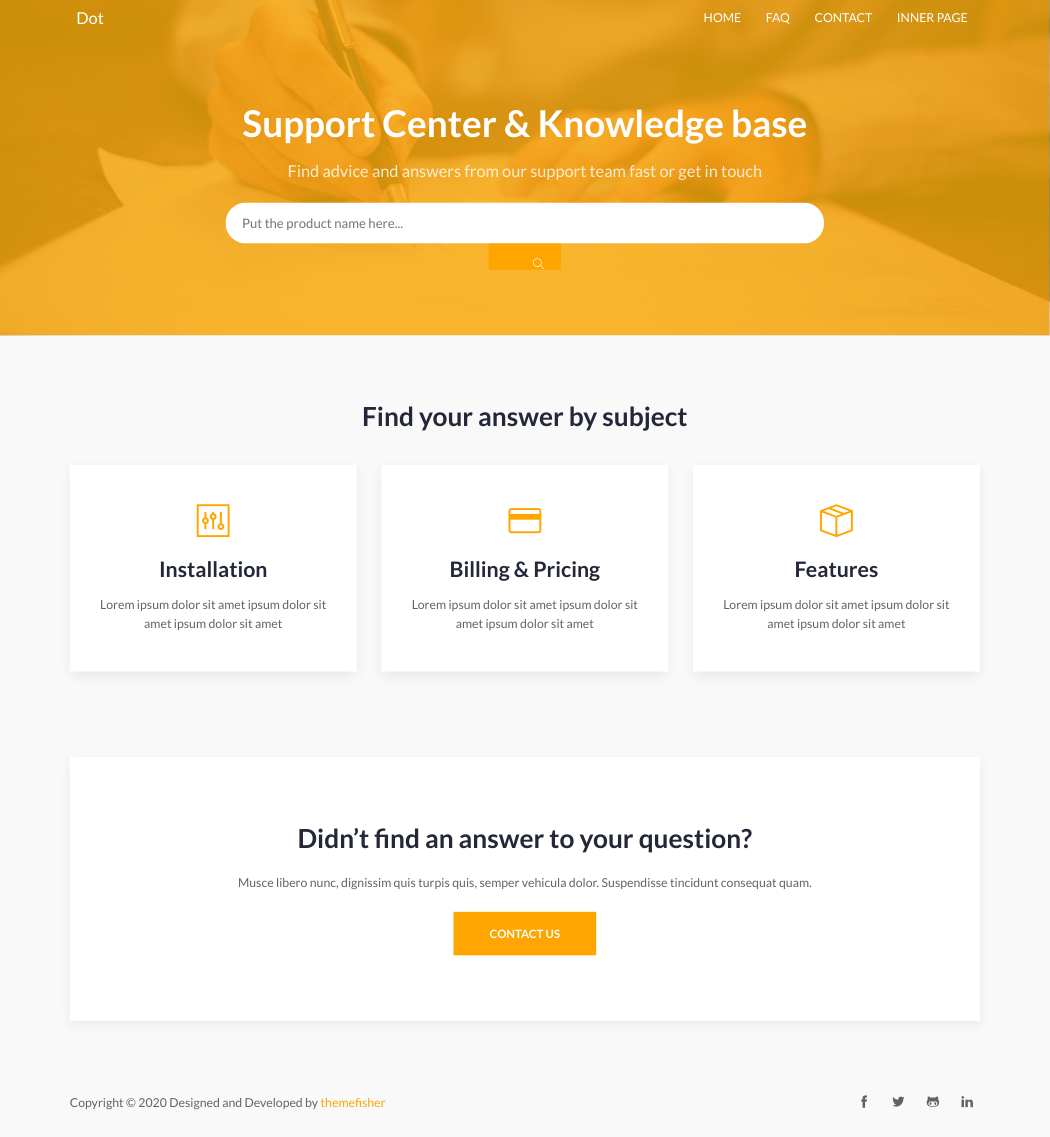
Repository: AlexThyCoolest/ReviewReader
Page: http://localhost/
These files come from the project's save history. The page is drawn as it stood at one moment and after the next save; the edit follows.
The browser window is 1280 px wide. The pictures show the whole page, at 82% of full size.
The page is served by the project's application, run on Flask 3 (main.py).

Above is the page before, as saved 2024-07-23 10:44:34.

### OYT/templates/index.html
<!DOCTYPE html>
<html lang="en-us">

<head>
    <meta charset="utf-8">
    <title>Dot</title>
    <meta name="viewport" content="width=device-width, initial-scale=1, maximum-scale=1">

    <!-- theme meta -->
    <meta name="theme-name" content="dot" />

    <!-- ** CSS Plugins Needed for the Project ** -->

    <!-- Bootstrap -->
    <link rel="stylesheet" href="static/plugins/bootstrap/bootstrap.min.css">
    <!-- themefy-icon -->
    <link rel="stylesheet" href="static/plugins/themify-icons/themify-icons.css">
    <!--Favicon-->
    <link rel="icon" href="images/favicon.png" type="image/x-icon">
    <!-- fonts -->
    <link href="https://fonts.googleapis.com/css?family=Lato:300,400,700&display=swap" rel="stylesheet">
    <!-- Main Stylesheet -->
    <link href="static/assets/style.css" rel="stylesheet" media="screen" />
    <style>
        :root {
            --primary-color: #FFA500;
            /* Yellow-Orange */
        }

        .btn-primary,
        .bg-primary {
            background-color: var(--primary-color) !important;
            border-color: var(--primary-color) !important;
        }

        .text-primary {
            color: var(--primary-color) !important;
        }
    </style>
</head>
</head>

<body>
    <!-- header -->
    <header class="banner overlay bg-cover" data-background="images/banner.jpg">
        <nav class="navbar navbar-expand-md navbar-dark">
            <div class="container">
                <a class="navbar-brand px-2" href="index.html">Dot</a>
                <button class="navbar-toggler border-0" type="button" data-toggle="collapse" data-target="#navigation"
                    aria-controls="navigation" aria-expanded="false" aria-label="Toggle navigation">
                    <span class="navbar-toggler-icon"></span>
                </button>

                <div class="collapse navbar-collapse text-center" id="navigation">
                    <ul class="navbar-nav ml-auto">
                        <li class="nav-item">
                            <a class="nav-link text-dark" href="index.html">Home</a>
                        </li>
                        <li class="nav-item">
                            <a class="nav-link text-dark" href="faq.html">Faq</a>
                        </li>
                        <li class="nav-item">
                            <a class="nav-link text-dark" href="contact.html">contact</a>
                        </li>
                        <li class="nav-item">
                            <a class="nav-link text-dark" href="single.html">Inner Page</a>
                        </li>
                    </ul>
                </div>
            </div>
        </nav>
        <!-- banner -->
        <div class="container section">
            <div class="row">
                <div class="col-lg-8 text-center mx-auto">
                    <h1 class="text-white mb-3">Support Center &amp; Knowledge base</h1>
                    <p class="text-white mb-4">Find advice and answers from our support team fast or get in touch</p>
                    <div class="position-relative">
                        <form action="/loading" method="post">
                            <input id="product_name" name="product_name" type="text" class="form-control"
                                placeholder="Put the product name here...">
                            <button type="submit" class="btn btn-primary"><i class="ti-search search-icon"></i></button>
                        </form>
                    </div>
                </div>
            </div>
        </div>
        <!-- /banner -->
    </header>
    <!-- /header -->

    <!-- topics -->
    <section class="section">
        <div class="container">
            <div class="row justify-content-center">
                <div class="col-12 text-center">
                    <h2 class="section-title">Find your answer by subject</h2>
                </div>
                <!-- topic-item -->
                <div class="col-lg-4 col-sm-6 mb-4">
                    <a href="single.html" class="px-4 py-5 bg-white shadow text-center d-block match-height">
                        <i class="ti-panel icon text-primary d-block mb-4"></i>
                        <h3 class="mb-3 mt-0">Installation</h3>
                        <p class="mb-0">Lorem ipsum dolor sit amet ipsum dolor sit amet ipsum dolor sit amet</p>
                    </a>
                </div>
                <div class="col-lg-4 col-sm-6 mb-4">
                    <a href="single.html" class="px-4 py-5 bg-white shadow text-center d-block match-height">
                        <i class="ti-credit-card icon text-primary d-block mb-4"></i>
                        <h3 class="mb-3 mt-0">Billing &amp; Pricing</h3>
                        <p class="mb-0">Lorem ipsum dolor sit amet ipsum dolor sit amet ipsum dolor sit amet</p>
                    </a>
                </div>
                <div class="col-lg-4 col-sm-6 mb-4">
                    <a href="single.html" class="px-4 py-5 bg-white shadow text-center d-block match-height">
                        <i class="ti-package icon text-primary d-block mb-4"></i>
                        <h3 class="mb-3 mt-0">Features</h3>
                        <p class="mb-0">Lorem ipsum dolor sit amet ipsum dolor sit amet ipsum dolor sit amet</p>
                    </a>
                </div>
            </div>
        </div>
    </section>
    <!-- /topics -->

    <!-- call to action -->
    <section>
        <div class="container">
            <div class="row">
                <div class="col-12">
                    <div class="section px-3 bg-white shadow text-center">
                        <h2 class="mb-4">Didn&rsquo;t find an answer to your question?</h2>
                        <p class="mb-4">Musce libero nunc, dignissim quis turpis quis, semper vehicula dolor.
                            Suspendisse tincidunt
                            consequat quam.</p>
                        <a href="contact.html" class="btn btn-primary">contact us</a>
                    </div>
                </div>
            </div>
        </div>
    </section>
    <!-- /call to action -->

    <!-- footer -->
    <footer class="section pb-4">
        <div class="container">
            <div class="row align-items-center">
                <div class="col-md-8 text-md-left text-center">
                    <p class="mb-md-0 mb-4">Copyright © 2020 Designed and Developed by <a
                            href="https://themefisher.com/">themefisher</a></p>
                </div>
                <div class="col-md-4 text-md-right text-center">
                    <ul class="list-inline">
                        <li class="list-inline-item"><a class="text-color d-inline-block p-2" href="#"><i
                                    class="ti-facebook"></i></a></li>
                        <li class="list-inline-item"><a class="text-color d-inline-block p-2" href="#"><i
                                    class="ti-twitter-alt"></i></a></li>
                        <li class="list-inline-item"><a class="text-color d-inline-block p-2" href="#"><i
                                    class="ti-github"></i></a>
                        </li>
                        <li class="list-inline-item"><a class="text-color d-inline-block p-2" href="#"><i
                                    class="ti-linkedin"></i></a></li>
                    </ul>
                </div>
            </div>
        </div>
    </footer>
    <!-- /footer -->

    <!-- ** JS Plugins Needed for the Project ** -->
    <!-- jquiry -->
    <script src="static/plugins/jquery/jquery-1.12.4.js"></script>
    <!-- Bootstrap JS -->
    <script src="static/plugins/bootstrap/bootstrap.min.js"></script>
    <!-- match-height JS -->
    <script src="static/plugins/match-height/jquery.matchHeight-min.js"></script>
    <!-- Main Script -->
    <script src="assets/script.js"></script>
</body>

</html>

### OYT/static/assets/style.css
:root {
  --primary-color: #02007e;
  --body-color: #f9f9f9;
  --text-color: #636363;
  --text-color-dark: #242738;
  --white-color: #ffffff;
  --light-color: #f8f9fa;
  --font-family: Lato;
}

body {
  line-height: 1.5;
  font-family: var(--font-family), sans-serif;
  -webkit-font-smoothing: antialiased;
  font-size: 17px;
  color: var(--text-color);
  background-color: var(--body-color)
}

p {
  color: var(--text-color);
  font-size: 15px
}

h1,
h2,
h3,
h4,
h5,
h6 {
  color: var(--text-color-dark);
  font-family: var(--font-family), sans-serif;
  font-weight: 700;
  line-height: 1.2
}

h1,
.h1 {
  font-size: 45px
}

h2,
.h2 {
  font-size: 32px
}

h3,
.h3 {
  font-size: 26px
}

h4,
.h4 {
  font-size: 20px
}

h5,
.h5 {
  font-size: 18px
}

h6,
.h6 {
  font-size: 14px
}

.btn {
  font-size: 14px;
  font-family: var(--font-family), sans-serif;
  text-transform: uppercase;
  padding: 16px 44px;
  border-radius: 0;
  font-weight: 600;
  border: 0;
  position: relative;
  z-index: 1;
  transition: .2s ease
}

.btn:focus {
  outline: 0;
  box-shadow: none !important
}

.btn:active {
  box-shadow: none
}

.btn-primary {
  background: var(--primary-color);
  color: var(--white-color)
}

.btn-primary:active {
  background: var(--primary-color)
}

.btn-primary:hover {
  background: var(--primary-color)
}

.btn-primary:not(:disabled):not(.disabled).active,
.btn-primary:not(:disabled):not(.disabled):active,
.show>.btn-primary.dropdown-toggle {
  color: var(--white-color);
  background-color: var(--primary-color);
  border-color: var(--primary-color)
}

.inline-button {
  line-height: .8rem !important;
  padding: 5px 8px !important;
  pointer-events: none;
  margin-top: -5px
}

.overflow-hidden {
  overflow: hidden !important
}

::-moz-selection {
  background: var(--primary-color);
  color: var(--white-color)
}

::selection {
  background: var(--primary-color);
  color: var(--white-color)
}

.preloader {
  position: fixed;
  top: 0;
  left: 0;
  right: 0;
  bottom: 0;
  background-color: var(--white-color);
  z-index: 999;
  display: flex;
  align-items: center;
  justify-content: center
}

ul {
  list-style-type: none;
  margin: 0;
  padding-left: 0;
  font-size: 15px
}

ol {
  padding-left: 20px;
  font-size: 15px
}

img {
  vertical-align: middle;
  border: 0
}

a,
a:hover,
a:focus {
  text-decoration: none;
  color: var(--primary-color)
}

a:hover,
a:focus {
  color: var(--primary-color)
}

a,
button,
select {
  cursor: pointer;
  transition: .2s ease
}

a:focus,
button:focus,
select:focus {
  outline: 0
}

.slick-slide {
  outline: 0
}

.section {
  padding-top: 80px;
  padding-bottom: 80px
}

@media(max-width:768px) {
  .section {
    padding-top: 60px
  }
}

.section-sm {
  padding-top: 60px;
  padding-bottom: 60px
}

@media(max-width:768px) {
  .section-sm {
    padding-top: 40px
  }
}

.section-title {
  margin-bottom: 40px
}

.bg-cover {
  background-size: cover;
  background-position: 50%;
  background-repeat: no-repeat
}

.border-primary {
  border-color: #f2f2f2 !important
}

pre {
  padding: 20px
}

.overlay {
  position: relative
}

.overlay::before {
  position: absolute;
  content: '';
  height: 100%;
  width: 100%;
  top: 0;
  left: 0;
  background: var(--primary-color);
  opacity: .8
}

.outline-0 {
  outline: 0 !important
}

.d-unset {
  display: unset !important
}

.bg-primary {
  background: var(--primary-color) !important
}

.bg-white {
  background-color: var(--white-color) !important
}

.bg-light {
  background-color: var(--light-color) !important
}

.text-primary {
  color: var(--primary-color) !important
}

.text-color {
  color: var(--text-color) !important
}

.text-dark {
  color: var(--text-color-dark) !important
}

.text-white {
  color: var(--white-color) !important
}

.top-50 {
  top: 50px
}

.navbar {
  padding: 0
}

@media(max-width:768px) {
  .navbar {
    padding: 10px 0
  }
}

.navbar-brand img {
  max-width: 100px;
  margin-bottom: 0
}

.navbar .nav-item .nav-link {
  text-transform: uppercase;
  padding: 10px 15px !important;
  font-size: 15px
}

.navbar .dropdown:hover .dropdown-menu {
  visibility: visible;
  opacity: 1;
  -webkit-transform: scaleX(1);
  transform: scaleX(1)
}

.navbar .dropdown-menu {
  box-shadow: 0 3px 9px 0 rgba(0, 0, 0, .12);
  padding: 15px 0;
  border: 0;
  top: 40px;
  left: -35px;
  border-radius: 0;
  display: block;
  visibility: hidden;
  transition: .3s ease;
  opacity: 0;
  -webkit-transform: translateY(20px);
  transform: translateY(20px);
  background: var(--white-color)
}

@media(max-width:768px) {
  .navbar .dropdown-menu {
    display: none;
    opacity: 1;
    visibility: visible;
    -webkit-transform: translateY(0);
    transform: translateY(0);
    -webkit-transform-origin: unset;
    transform-origin: unset
  }
}

.navbar .dropdown-menu.view {
  visibility: visible !important;
  opacity: 1;
  -webkit-transform: translateY(0);
  transform: translateY(0);
  -webkit-transform-origin: top;
  transform-origin: top
}

@media(max-width:768px) {
  .navbar .dropdown-menu.view {
    display: block
  }
}

.navbar .dropdown-menu.show {
  visibility: hidden
}

@media(max-width:768px) {
  .navbar .dropdown-menu.show {
    visibility: visible;
    display: block
  }
}

.navbar .dropdown-item {
  position: relative;
  color: var(--text-color-dark);
  transition: .2s ease;
  font-family: var(--font-family), sans-serif
}

@media(max-width:768px) {
  .navbar .dropdown-item {
    text-align: center
  }
}

.navbar .dropdown-item:hover {
  color: var(--primary-color);
  background: 0 0
}

.lang-list {
  background: var(--primary-color);
  color: var(--white-color)
}

.lang-list.dark {
  color: var(--text-color-dark);
  background: var(--white-color)
}

.banner {
  overflow: hidden
}

.banner p {
  font-size: 20px;
  opacity: .8
}

.banner .nav-link.text-dark {
  color: var(--white-color) !important
}

.banner .nav-link.text-dark:hover {
  color: var(--white-color) !important
}

.banner .navbar-brand {
  color: var(--white-color) !important
}

#project-icon {
  float: left;
  height: 32px;
  width: 32px
}

#project-description {
  margin: 0;
  padding: 0
}

.ui-helper-hidden-accessible {
  display: none
}

.ui-menu {
  background: var(--white-color);
  padding: 5px 20px 20px;
  right: 0 !important;
  max-height: 200px;
  overflow: hidden;
  border-radius: 0 0 25px 25px;
  z-index: 9999;
  box-shadow: 0 13px 20px 0 rgba(0, 0, 0, .07)
}

@media(max-width:575px) {
  .ui-menu {
    width: calc(100% - 30px) !important
  }
}

@media(min-width:576px) {
  .ui-menu {
    max-width: 510px !important
  }
}

@media(min-width:768px) {
  .ui-menu {
    max-width: 690px !important
  }
}

@media(min-width:992px) {
  .ui-menu {
    max-width: 610px !important
  }
}

@media(min-width:1200px) {
  .ui-menu {
    max-width: 730px !important
  }
}

.ui-menu-item a {
  color: var(--text-color);
  padding: 8px 0;
  font-size: 15px
}

.ui-menu-item a:hover {
  color: var(--primary-color)
}

.ui-menu-item:not(:last-child) {
  border-bottom: 1px solid #e8e8e8
}

.ui-menu-item * {
  display: none
}

.ui-menu-item .ui-corner-all {
  display: block
}

.form-control {
  height: 50px;
  border-radius: 25px;
  border: 0;
  padding: 0 20px
}

.form-control:focus {
  border: 0;
  box-shadow: none !important
}

textarea.form-control {
  height: 150px;
  padding: 20px
}

.icon {
  font-size: 40px
}

.shadow {
  box-shadow: 0 5px 15px rgba(0, 0, 0, .07) !important;
  transition: .3s ease
}

.shadow-bottom {
  box-shadow: 0 1px 0 rgba(12, 13, 14, .1), 0 1px 6px rgba(59, 64, 69, .1)
}

.shadow:hover,
.shadow:focus {
  box-shadow: 0 14px 25px rgba(0, 0, 0, .1) !important
}

.content * {
  margin-bottom: 20px
}

.content img {
  max-width: 100%;
  height: auto;
  margin: 0 auto 15px;
  display: block;
  text-align: center
}

.content ul {
  padding-left: 0;
  margin-bottom: 20px
}

.content ul li {
  padding-left: 20px;
  position: relative
}

.content ul li::before {
  position: absolute;
  content: '';
  height: 8px;
  width: 8px;
  border-radius: 50%;
  background: var(--primary-color);
  opacity: .3;
  left: 0;
  top: 8px
}

.list-styled li {
  padding-left: 20px;
  position: relative
}

.list-styled li::before {
  position: absolute;
  content: '';
  height: 8px;
  width: 8px;
  border-radius: 50%;
  background: var(--primary-color);
  opacity: .3;
  left: 0;
  top: 17px
}

.post-meta {
  color: var(--text-color);
  font-style: italic;
  font-size: 14px
}

blockquote {
  font-size: 20px !important;
  color: var(--text-color-dark);
  padding: 20px 40px;
  border-left: 2px solid var(--primary-color);
  margin: 40px 0;
  font-weight: 700;
  background: var(--light-color)
}

blockquote p {
  margin-bottom: 0 !important
}

.pagination {
  justify-content: space-between
}

.pagination a {
  color: var(--primary-color)
}

.pagination i {
  font-size: 15px;
  line-height: 1.8
}

#accordion i {
  font-size: 14px;
  line-height: 2
}

table {
  text-align: left;
  width: 100%;
  max-width: 100%;
  margin-bottom: 1rem;
  border: 1px solid #dee2e6
}

table td,
table th {
  padding: .75rem;
  vertical-align: top;
  border: 1px solid #dee2e6;
  margin-bottom: 0
}

thead {
  background: #ececec;
  margin-bottom: 0
}

tbody {
  background: #f8f8f8;
  margin-bottom: 0
}

.notices {
  margin: 2rem 0;
  position: relative
}

.notices p {
  padding: 10px
}

.notices p::before {
  position: absolute;
  top: 2px;
  color: #fff;
  font-family: themify;
  font-weight: 900;
  content: "\e717";
  left: 10px
}

.notices.note p {
  border-top: 30px solid #6ab0de;
  background: #e7f2fa
}

.notices.note p::after {
  content: 'Note';
  position: absolute;
  top: 2px;
  color: #fff;
  left: 2rem
}

.notices.tip p {
  border-top: 30px solid #78c578;
  background: #e6f9e6
}

.notices.tip p::after {
  content: 'Tip';
  position: absolute;
  top: 2px;
  color: #fff;
  left: 2rem
}

.notices.info p {
  border-top: 30px solid #f0b37e;
  background: #fff2db
}

.notices.info p::after {
  content: 'Info';
  position: absolute;
  top: 2px;
  color: #fff;
  left: 2rem
}

.notices.warning p {
  border-top: 30px solid #e06f6c;
  background: #fae2e2
}

.notices.warning p::after {
  content: 'Warning';
  position: absolute;
  top: 2px;
  color: #fff;
  left: 2rem
}

.sidebar {
  background-color: var(--white-color);
  position: sticky;
  top: 50px;
  margin-bottom: 30px;
  padding: 40px 10px 20px
}

.sidelist {
  display: block
}

li.sidelist>a {
  margin-left: 20px;
  margin-bottom: 10px;
  display: block;
  font-size: 20px
}

li.sidelist li a {
  margin: 0
}

.sidelist li.sidelist {
  display: block
}

.sidelist li.sidelist.active a {
  color: var(--primary-color)
}

.sidelist li.sidelist.active::before {
  opacity: 1
}

.page-list li a {
  display: none
}

.page-list li ul a {
  display: block
}

.sidelist li a {
  color: var(--text-color-dark);
  display: block;
  font-size: 15px;
  font-weight: 500;
  padding: 10px 0;
  line-height: 1.4
}

p:empty,
p a:empty {
  display: none !important
}

pre {
  display: block;
  padding: 9.5px;
  margin: 10px 0
}

code {
  margin-bottom: 0 !important;
  font-size: 100%
}

.back-btn {
  position: relative
}

.back-btn::before {
  position: absolute;
  font-family: themify;
  content: "\e6bc";
  font-size: 25px;
  height: 30px;
  width: 40px;
  background-color: var(--white-color);
  color: inherit;
  text-align: right;
  z-index: 1;
  left: -5px;
  top: -5px
}

.ui-autocomplete-input {
  border-bottom: 1px solid #d4d4d4 !important
}

.ui-autocomplete-input.active {
  border-bottom-left-radius: 0;
  border-bottom-right-radius: 0
}

.search-icon {
  position: absolute;
  right: 20px;
  top: 18px;
  font-size: 14px
}

i {
  transition: .2s ease
}

a:hover i {
  color: var(--primary-color)
}

pre code::-webkit-scrollbar {
  height: 5px
}

pre code::-webkit-scrollbar-track {
  background: #000
}

pre code::-webkit-scrollbar-thumb {
  background: #888
}

.code-tabs {
  border: 1px solid #dee2e6;
  overflow: hidden;
  margin: 20px 0
}

.code-tabs .tab-content {
  padding: 20px 15px;
  margin-bottom: 0
}

.code-tabs .tab-content .tab-pane {
  margin-bottom: 0
}

.code-tabs .nav-tabs {
  margin-bottom: 0
}

.code-tabs .nav-tabs .nav-item {
  padding-left: 0;
  border-right: 1px solid #dee2e6
}

.code-tabs .nav-tabs .nav-item .nav-link {
  text-decoration: none;
  font-weight: 500;
  border: 0;
  margin-bottom: 0
}

.code-tabs .nav-tabs .nav-item::before {
  display: none
}

.code-tabs .nav-tabs .nav-item.active {
  background: var(--primary-color)
}

.code-tabs .nav-tabs .nav-item.active .nav-link {
  color: var(--white-color)
}

Loaded but not shown: OYT/static/plugins/bootstrap/bootstrap.min.css (library); OYT/static/plugins/themify-icons/themify-icons.css (library); OYT/static/plugins/jquery/jquery-1.12.4.js (library); OYT/static/plugins/bootstrap/bootstrap.min.js (library); OYT/static/plugins/match-height/jquery.matchHeight-min.js (library); OYT/static/assets/script.js (26 lines, source omitted); OYT/main.py (279 lines, source omitted)

After the next save:
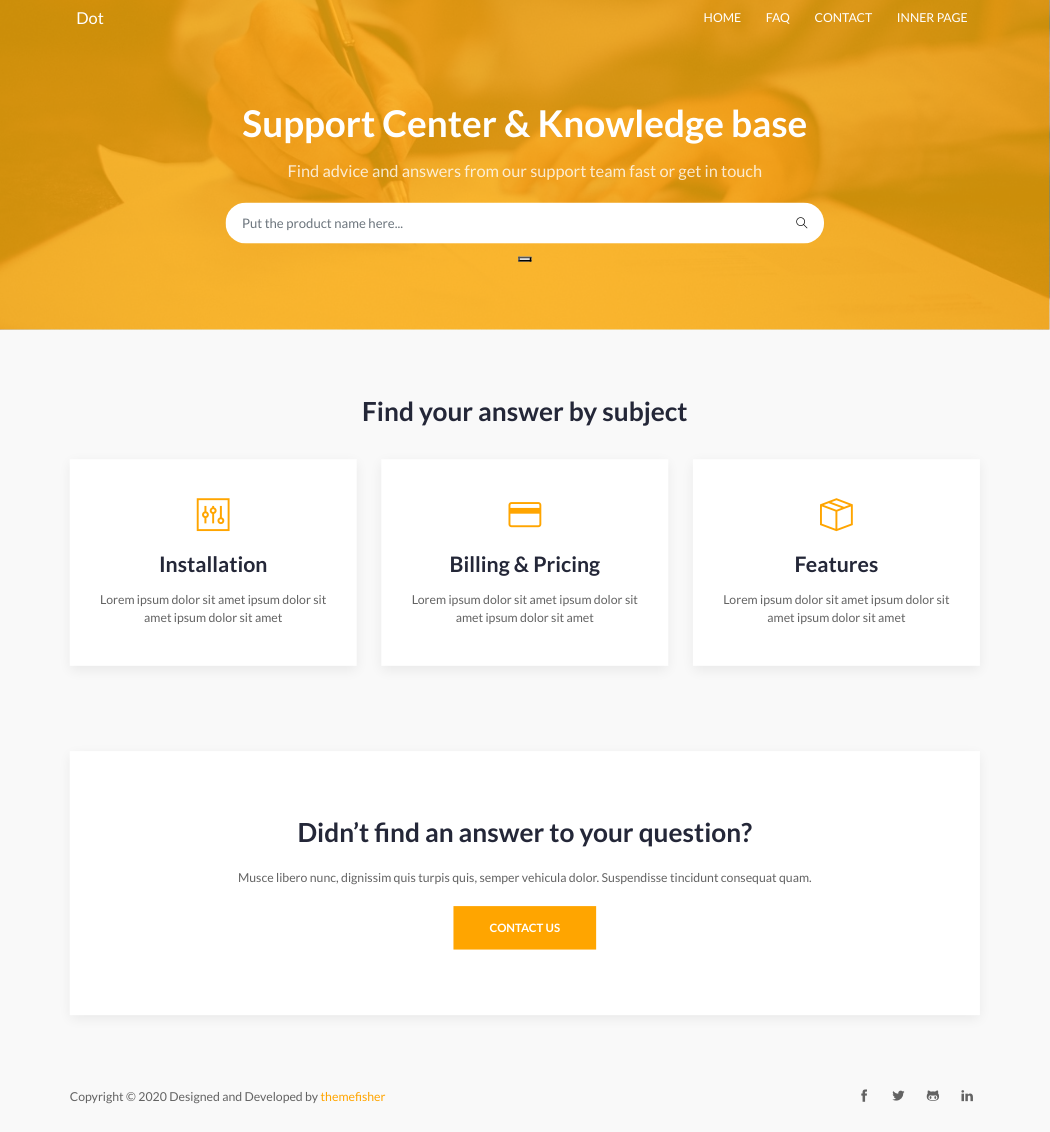
Saved 60 s later.
--- a/OYT/templates/index.html
+++ b/OYT/templates/index.html
@@ -79,7 +79,7 @@
                         <form action="/loading" method="post">
                             <input id="product_name" name="product_name" type="text" class="form-control"
                                 placeholder="Put the product name here...">
-                            <button type="submit" class="btn btn-primary"><i class="ti-search search-icon"></i></button>
+                            <button type="submit" class=""><i class="ti-search search-icon"></i></button>
                         </form>
                     </div>
                 </div>
